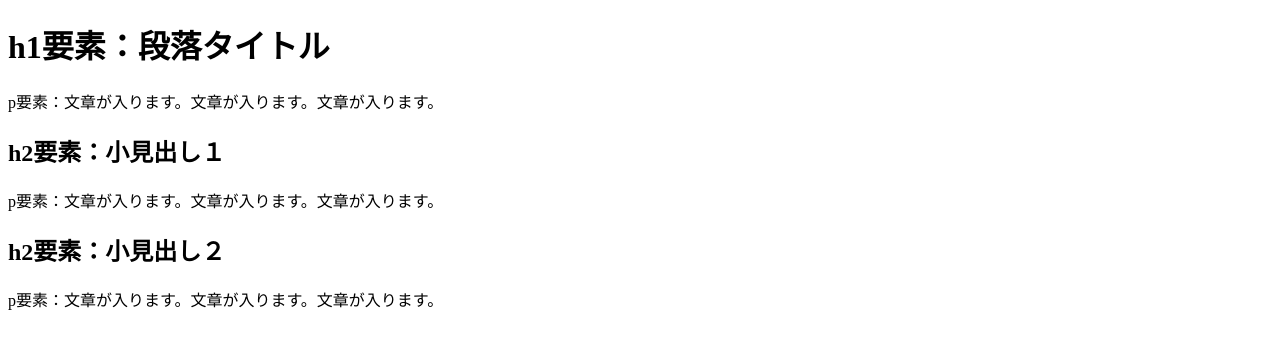
Repository: koukoukou2020/sumurai_HTML-CSS
Page: index.html
The author's editor kept a record of every edit. The page is drawn from the files as they stood at one moment, then again after the next edit.
The browser window is 1280 px wide. The pictures show the whole page.

Above is the page before.

### index.html
<!DOCTYPE html>
<html lang="ja">
  <head>
    <meta charset="UTF-8">
    <title>HTML/CSSの学習</title>
      <!-- styledheet.cssの読み込み -->
  </head>
  <body>
    <h1 class="blue">h1要素：段落タイトル</h1>
    <p>p要素：文章が入ります。文章が入ります。文章が入ります。</p>
    <h2 class="blue">h2要素：小見出し１</h2>
    <p class="fs-25">
      p要素：文章が入ります。文章が入ります。文章が入ります。
    </p>
    <h2 id="red">h2要素：小見出し２</h2>
    <p class="fw-bold">
      p要素：文章が入ります。文章が入ります。文章が入ります。
    </p>
  </body>
</html>

### stylesheet.css
@chaset "utf-8";

body {
        margin: 0;
        padding: 0;
        font-family:"ヒラギノ角ゴ　Pro w3", "Hiragino Kaku Gothic Pro","メイリオ", Meiryo, Osaka,"MS　Pゴシック","MS PGothic", sans-serif;
        color: #333;
        font-size: 13px;
        line-height: 150%;
}

/* ------------------ wrapper--------------- */
#wrapper {
        width: 100%;
        margin: auto;
        padding:; 0px;
        border: 0px;
    background-color: #FFF;
    top: 10px;
}
/* ------------------ headet --------------- */
#header {
    width: 100%;
}
#header h1 {
    margin: 0;
    padding: 0;
}

#corridor {
    width: 100%;
    height: auto;
}

/*------------------- footer ---------------*/
#footer {
    clear:both;
    width: 100%;
    padding: 3px 0 3px 0;
    background: #39F;
    color: #FFF;
    font-weight: bold;
    text-align: center;
}

/*-------------------- nav -----------------*/
#nav {
        width: 100%;
}
#nav ul {
    display: flex;
        margin: 0;
        padding: 0;
        list-style-type: none;
}
#nav ul li {
        width: 20%;
        text-align: center;
}
#nav ul li a {
        display: block;
        height: 20PX;
        margin: 0;
        padding: 10px;
        color: #FFF;
        font-size: 20PX;
        text-decoration: none;
        background-color: green;
}

#nav ul li a:hover {
    filter: drop-shadow(10px 10px 10px black);
}

/*--------------------cotainer------------*/
#cotainer {
    width: 100%;
    margin: auto;
    padding: auto;
    padding-top: 20px;
    clear: both;
    display: grid;
    grid-template-columns: 70vw 30vw;
}
/*-------------------main----------------*/
#main {
    width: 95%;
        padding: 10px 30px 10px 10px;
}
#main h2 {
    margin: 0 0 10px 0;
    padding: 3px 10 3px 10px;
    color: #FFF;
    font-size: 16px;
    border-left: sold 10px #c00;
    background: #F90 url(../images/main_h2.jpg) right top repeat-y;
}
#main p {
    margin: 0;
    padding: 0;
}
#main .post {
    margin: 0 0 30px 0;
}
#main .post img.right {
    margin: 0 0 0 8px;
}
#main .post img.left{
    margin: 0 8px 0 0;
}
.right {
    float: right;
    width: 40%;
    height: auto;
}
.left {
    float: left;
    width: 40%;
    height: auto;
}

/*--------------------- clearfix -----------------*/
.clearfix {
    zoom: 1;
}
.clearfix:after{
    content: "";
    display: block;
    clear: both;
}

/*---------------------side-------------------*/
#side {
    width: 85%;
    padding: 20px;
    background-color: #F99;
}
#side .box {
    margin: 0 auto 30px auto;
    padding: 0 0 20px 0;
    background: url(images/side_box.png) bottom no-repeat;
}
#side .box h2 {
    margin: 0;
    padding: 8px;
    text-align: center;
    color: #fff;
    font-size: 16px;
    line-height: 16px;
    font-weight: normal;
    background: url(images/side_box_h2.png) center no-repeat;
}
#side .box .boxBody {
    padding: 8px;
    border-right: solid 1px #C36;
    border-bottom: solid 1px #C36;
    border-left: solid 1px #C36;
    background: #fff;
}
#side .box .boxBody ul {
    margin: 0 0 16px 0;
    padding: 0;
}
#side .box .boxBody ul li{
    padding: 8px 0 8px 4px;
    list-style: none;
    border-bottom: solid 1px #C36;
}
#side .box .boxBody ul li:hover {
    padding: 8px 0 8px 4px;
    list-style: none;
    border-bottom: solid 1px #C36;
    box-shadow: 0px 4px 4px rgba(0,0,0,0.3);
}

After the next edit:
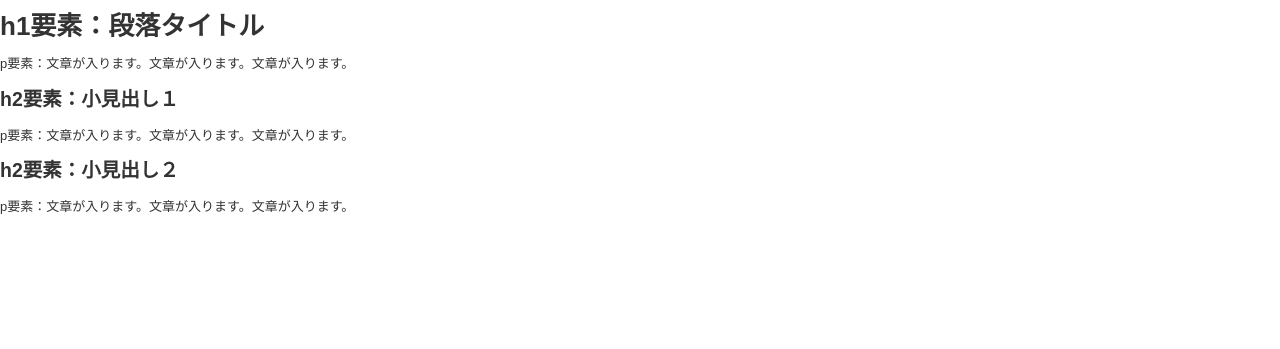
The edit:
--- a/index.html
+++ b/index.html
@@ -4,6 +4,7 @@
     <meta charset="UTF-8">
     <title>HTML/CSSの学習</title>
       <!-- styledheet.cssの読み込み -->
+      <link rel="stylesheet" href="stylesheet.css">
   </head>
   <body>
     <h1 class="blue">h1要素：段落タイトル</h1>
